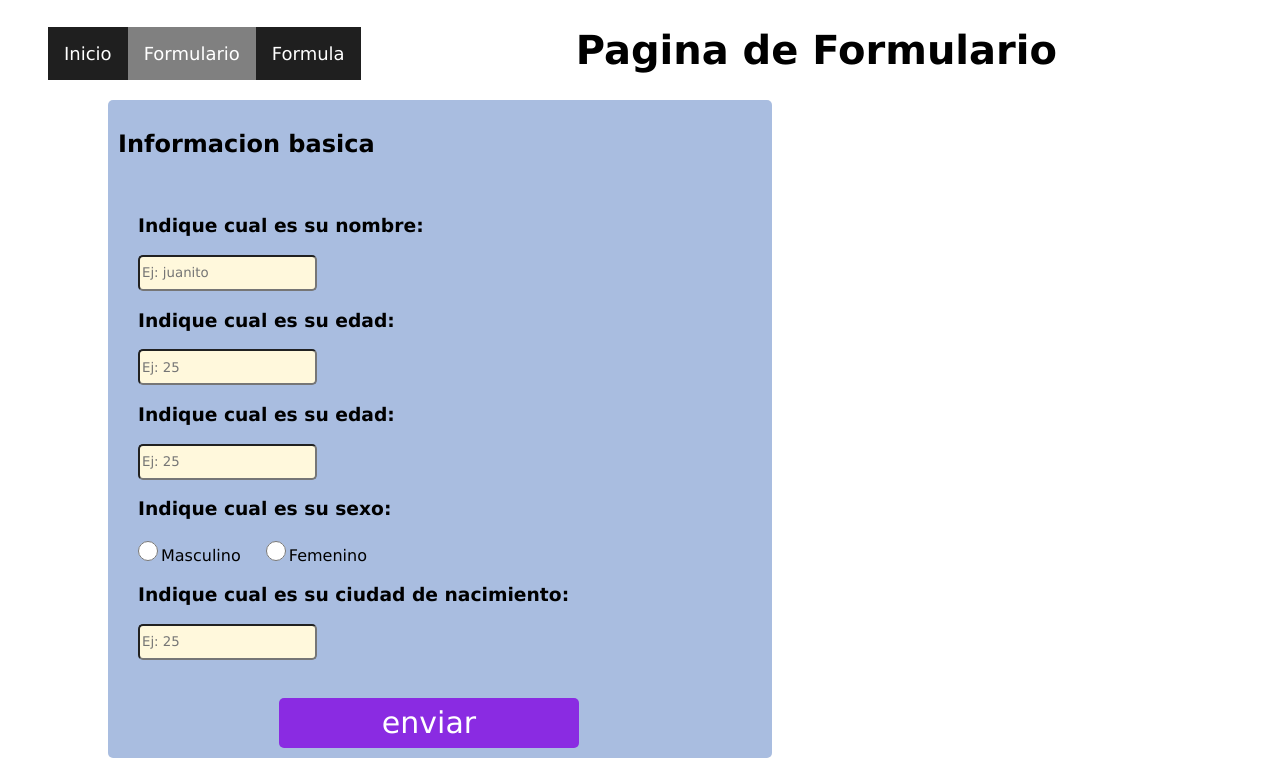
Repository: misterySnow94/tutoriales
Page: pagina basica/formulario.html
An editor plug-in stored every save of this project. The page is shown before and after the next save, followed by the edit.
The browser window is 1280 px wide. The pictures show the whole page.

Above is the page before, as saved 2019-11-04 00:24:47.

After the next save:
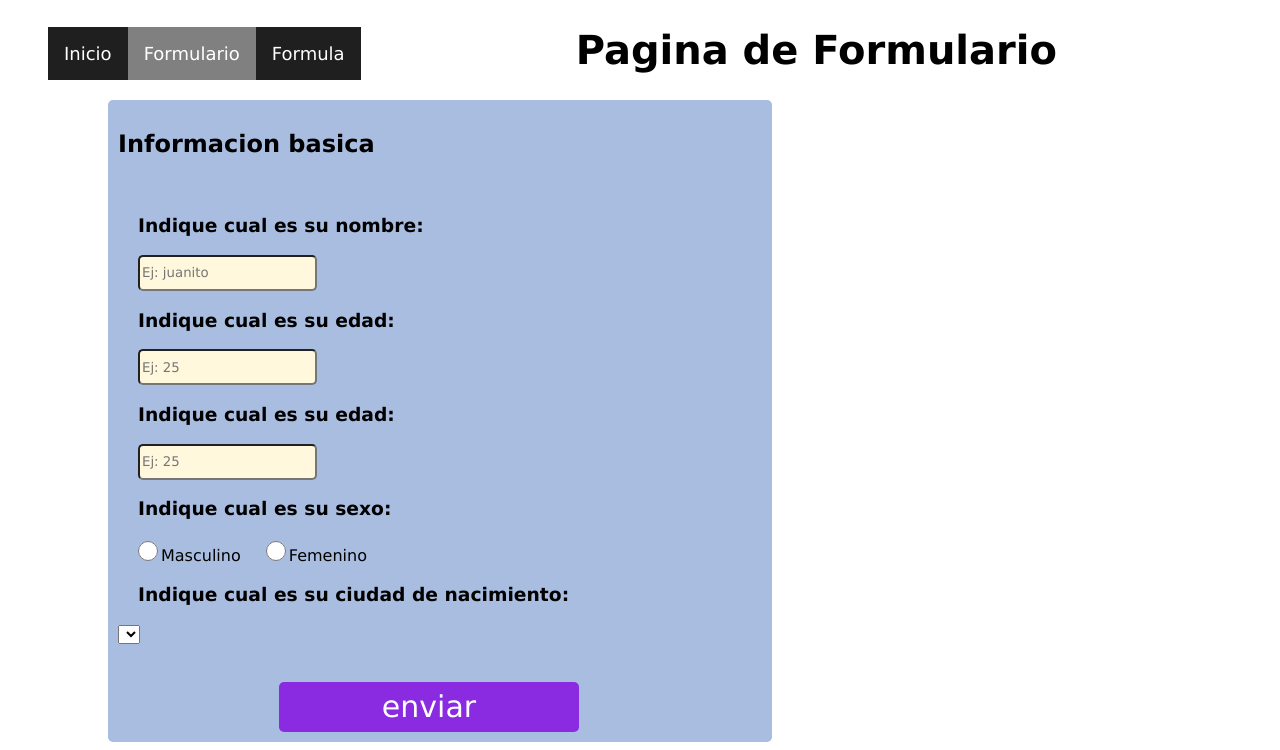
Saved 7 s later.
--- a/pagina basica/formulario.html
+++ b/pagina basica/formulario.html
@@ -40,7 +40,7 @@
             </label>
             <label for="ciudad">
                     <h3>Indique cual es su ciudad de nacimiento:</h3>
-                    <input type="number" placeholder="Ej: 25" name="edad">
+                    <select name="" id=""></select>
             </label>
             <br><br><br>
             <button>enviar</button>
